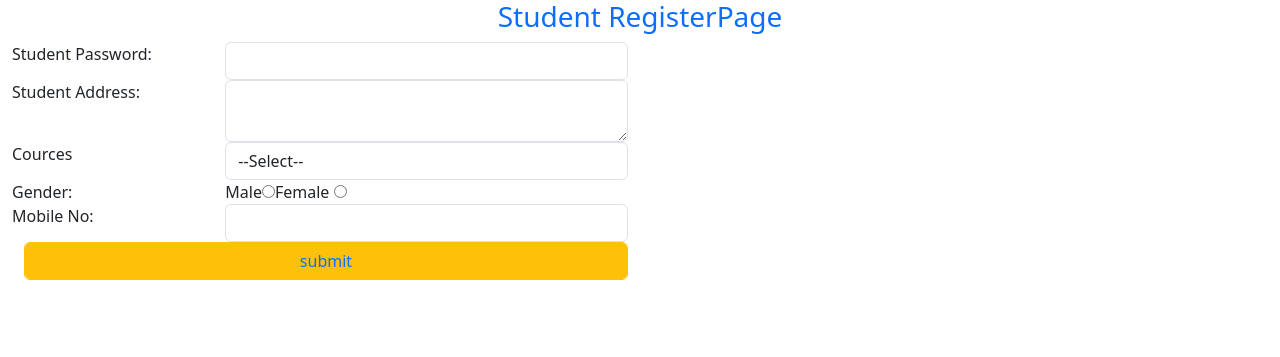
Repository: speaktwojitendra/WareHouseApp
Page: http://localhost/StudentRegister
The author's editor kept a copy of each file at every save. The page is drawn from the files as they stood at one save, then again after the next save.
The browser window is 1280 px wide. The pictures show the whole page.
The page is this project's Thymeleaf template; nobody is signed in. The template is opened directly, without the code that normally fills it, so the values that code supplies are empty.

Above is the page before, as saved 2026-01-11 11:17:21.

### student1App/src/main/resources/templates/StudentRegister.html
<!DOCTYPE html>
<html>
<head>
<meta charset="UTF-8">
<link rel="stylesheet" href="https://cdn.jsdelivr.net/npm/bootstrap@5.3.3/dist/css/bootstrap.min.css" integrity="sha384-QWTKZyjpPEjISv5WaRU9OFeRpok6YctnYmDr5pNlyT2bRjXh0JMhjY6hW+ALEwIH" crossorigin="anonymous">
<title>Insert title here</title>
</head>
<body>
<h3  class="text-center text-primary">Student RegisterPage</h3>

<div class="container-fluid">


<form action="/student/save" method="post">

<div class="row">
<div class="col-2">Student Password:</div>
<div class="col-4"> <input type="text" name="password" class="form-control">  </div>
<div class="col-6" id="passerr"></div>

</div>

<div class="row">
<div class="col-2">Student Address:</div>
<div class="col-4"> <textarea rows="" cols="" name="address" class="form-control"></textarea>  </div>
<div class="col-6" id="iderr"></div></div>


<div class="row">
<div class="col-2">Cources</div>
<div class="col-4"> <select name="cource" class="form-control" >
<option value="-1">--Select--</option>
<option value="Java">Java</option>
<option value=".Net">.Net</option>
<option value="UI">Ui</option>
<option value="Python">Python</option>

</select></div>
<div class="col-6" id="iderr"></div></div>
<div class="row">
<div class="col-2">Gender:</div>
<div class="col-4"> Male<input type="radio" name="gender" value="male">Female <input type="radio" name="gender" value="female" ></div>
<div class="col-6" id="iderr"></div></div>


<div class="row">
<div class="col-2">Mobile No:</div>
<div class="col-4"> <input type="text" name="contact" class="form-control">  </div>
<div class="col-6" id="nameerr"></div>

</div>

<div class="container-fluid">

<div class="row">

<div class="col-6"><input type=submit value=submit class="form-control col4 text-primary btn btn-warning"></div>


</div>


</div>




</form>

</div>
</body>
</html>

After the next save:
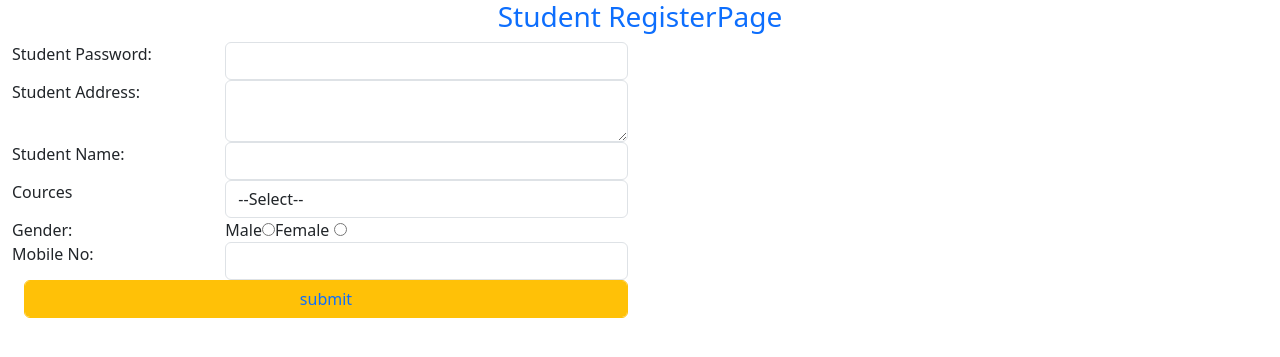
Saved 12 min 49 s later.
--- a/student1App/src/main/resources/templates/StudentRegister.html
+++ b/student1App/src/main/resources/templates/StudentRegister.html
@@ -20,10 +20,21 @@
 
 </div>
 
+
+
+
 <div class="row">
 <div class="col-2">Student Address:</div>
 <div class="col-4"> <textarea rows="" cols="" name="address" class="form-control"></textarea>  </div>
 <div class="col-6" id="iderr"></div></div>
+
+
+    <div class="row">
+<div class="col-2">Student Name:</div>
+<div class="col-4"> <input type="text" name="name" class="form-control">  </div>
+<div class="col-6" id="iderr"></div></div>
+
+
 
 
 <div class="row">
